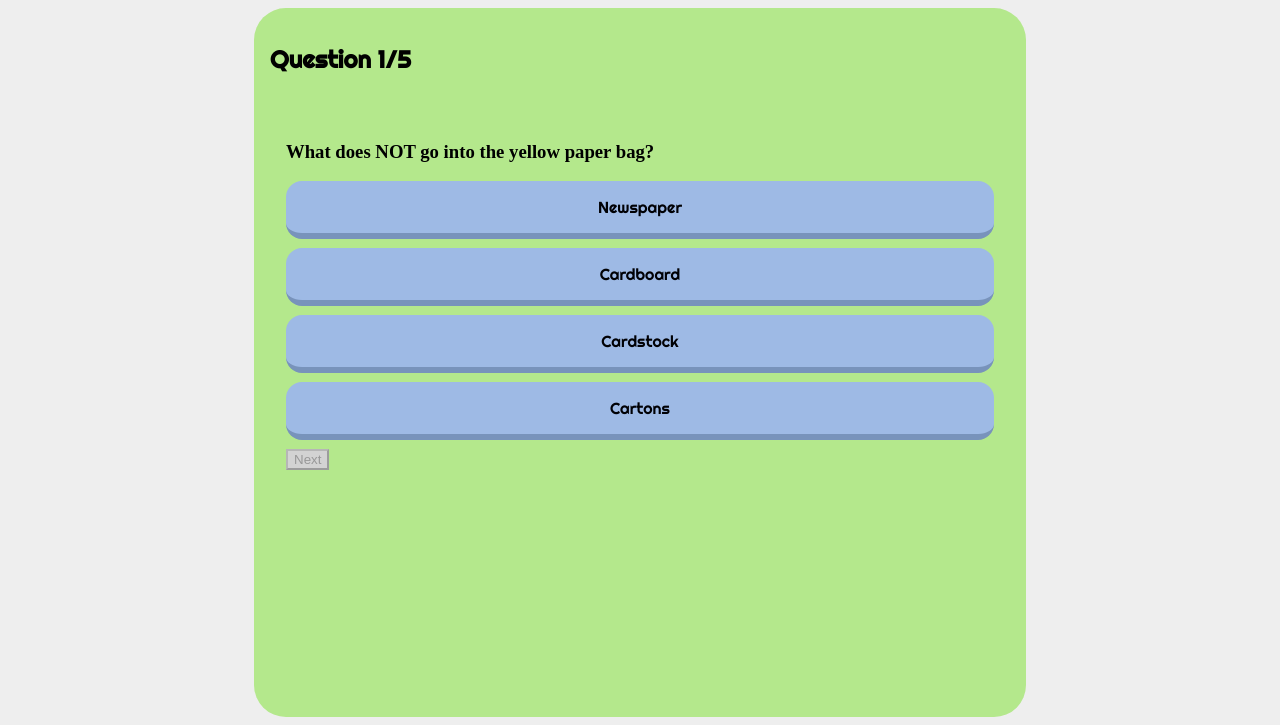
Repository: alemunden/Trash-Scavengers
Page: /quiz
These files come from the project's save history. The page is drawn as it stood at one moment and after the next save; the edit follows.
The browser window is 1280 px wide. The pictures show the whole page.
The project was rebuilt for these pictures with package versions that can differ from the ones it lists, and the page was loaded fresh each time. The framework's server and built-in components were replaced by stand-ins that run in the browser. Also part of the build but not shown: next.config.mjs.

Above is the page before, as saved 2024-04-07 20:29:17.

After the next save:
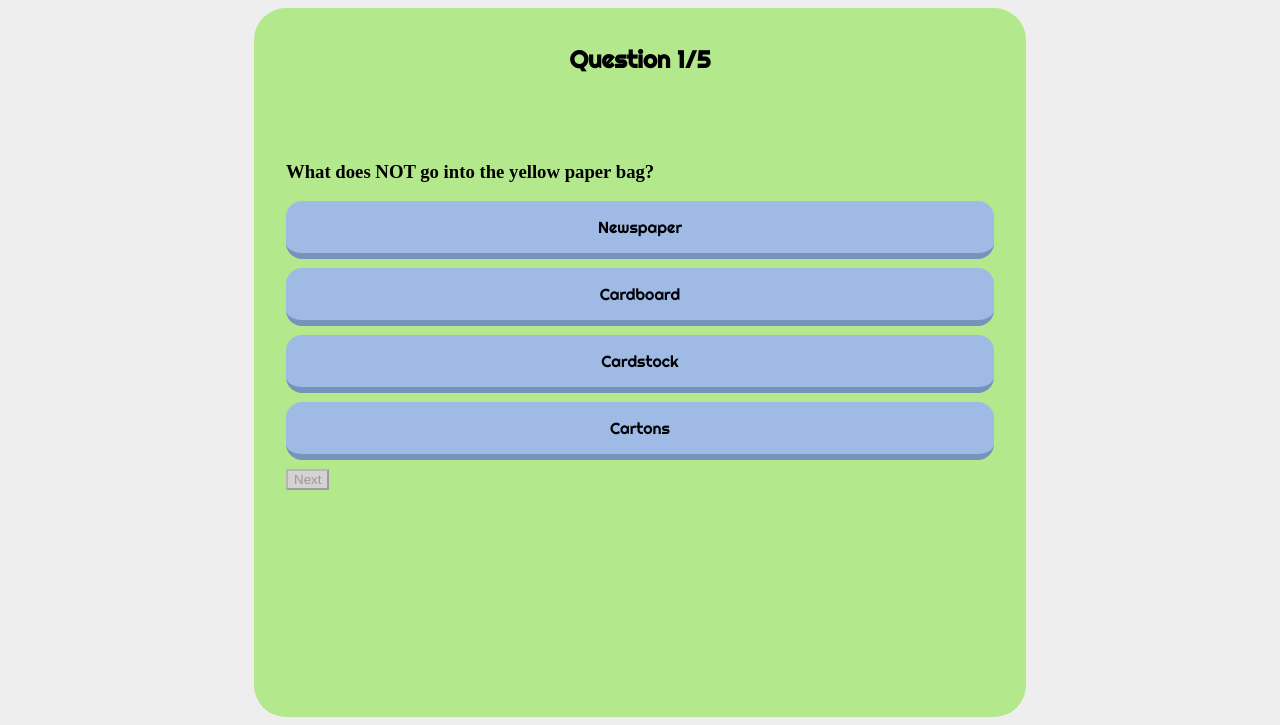
Saved 24 s later.
--- a/styles/quiz.module.css
+++ b/styles/quiz.module.css
@@ -1,3 +1,8 @@
+.questionHeaderContainer {
+    display: flex;
+    justify-content: center;
+}
+
 .questionHeader {
     font-family: "Righteous", sans-serif;
 
